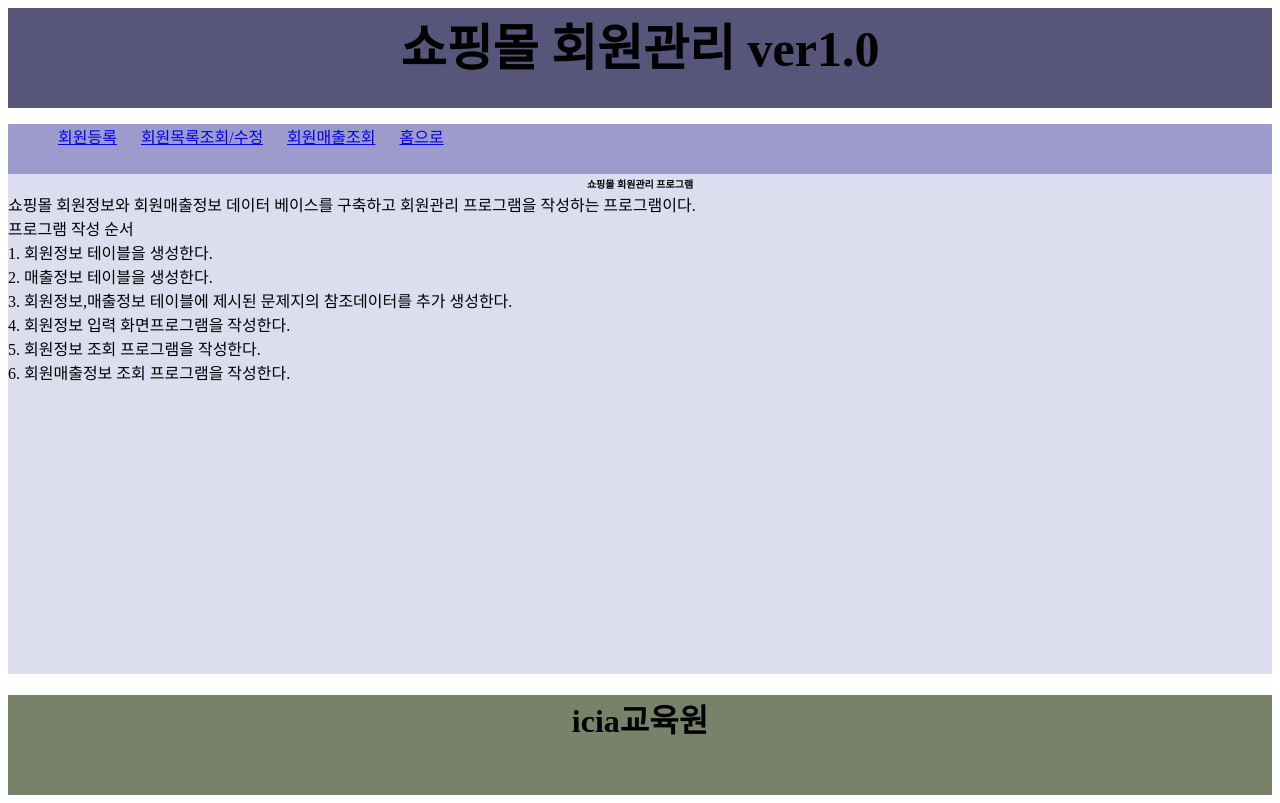
Repository: Kim-seongjun/javastudy2
Page: http://localhost/back_end_test/
These files come from the project's save history. The page is drawn as it stood at one moment and after the next save; the edit follows.
The browser window is 1280 px wide. The pictures show the whole page.
The page is served by Tomcat 9.

Above is the page before, as saved 2020-01-22 07:18:32.

After the next save:
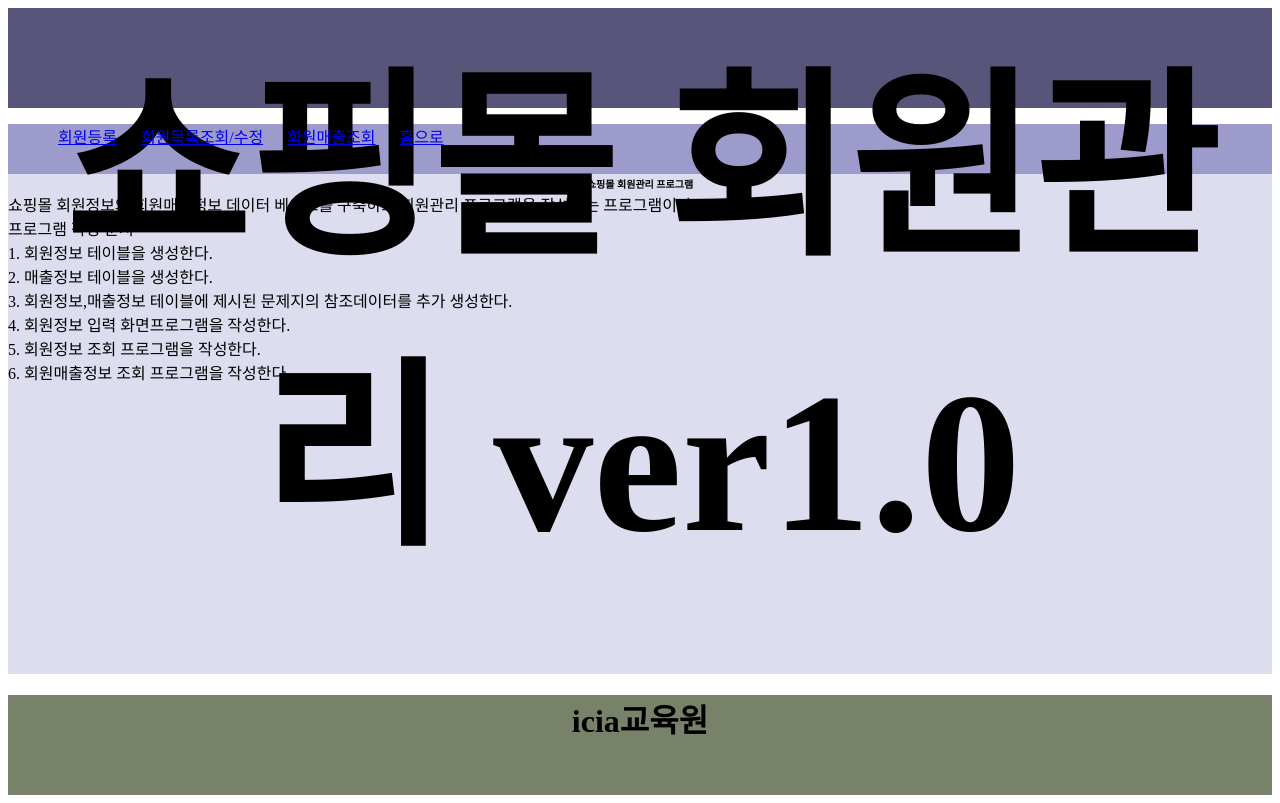
Saved 7 s later.
--- a/back_end_test/WebContent/header.jsp
+++ b/back_end_test/WebContent/header.jsp
@@ -9,6 +9,6 @@
 </style>
 </head>
 <body>
-<div><b style="font-size: 50px;">쇼핑몰 회원관리 ver1.0</b></div>
+<div><b style="font-size: 200px;">쇼핑몰 회원관리 ver1.0</b></div>
 </body>
 </html>
